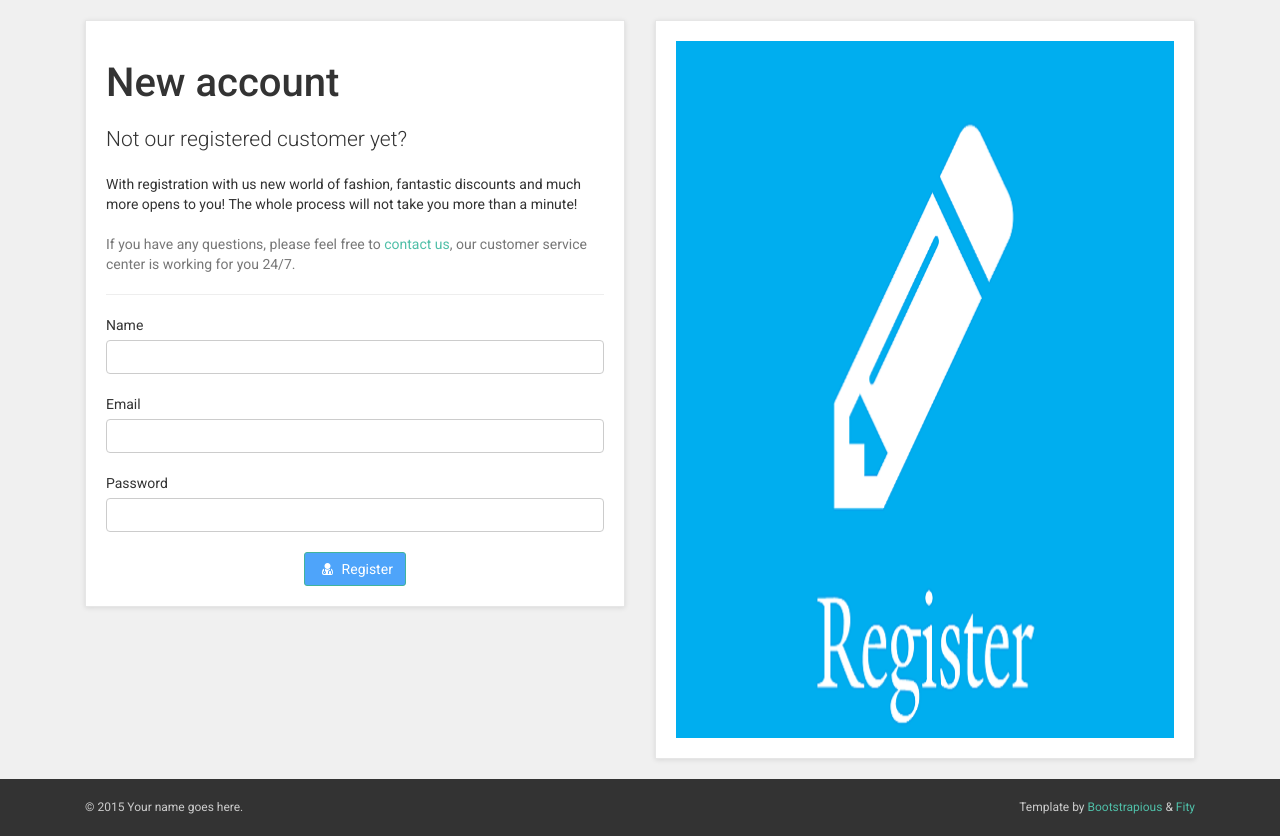
Repository: Sagnikb9/JavaDevops-Ecommerce
Page: http://localhost/MedioxyPharm/register
The author's editor kept a copy of each file at every save. The page is drawn from the files as they stood at one save, then again after the next save.
The browser window is 1280 px wide. The pictures show the whole page.
The page is served by Tomcat 9.

Above is the page before, as saved 2017-10-01 23:35:15.

After the next save:
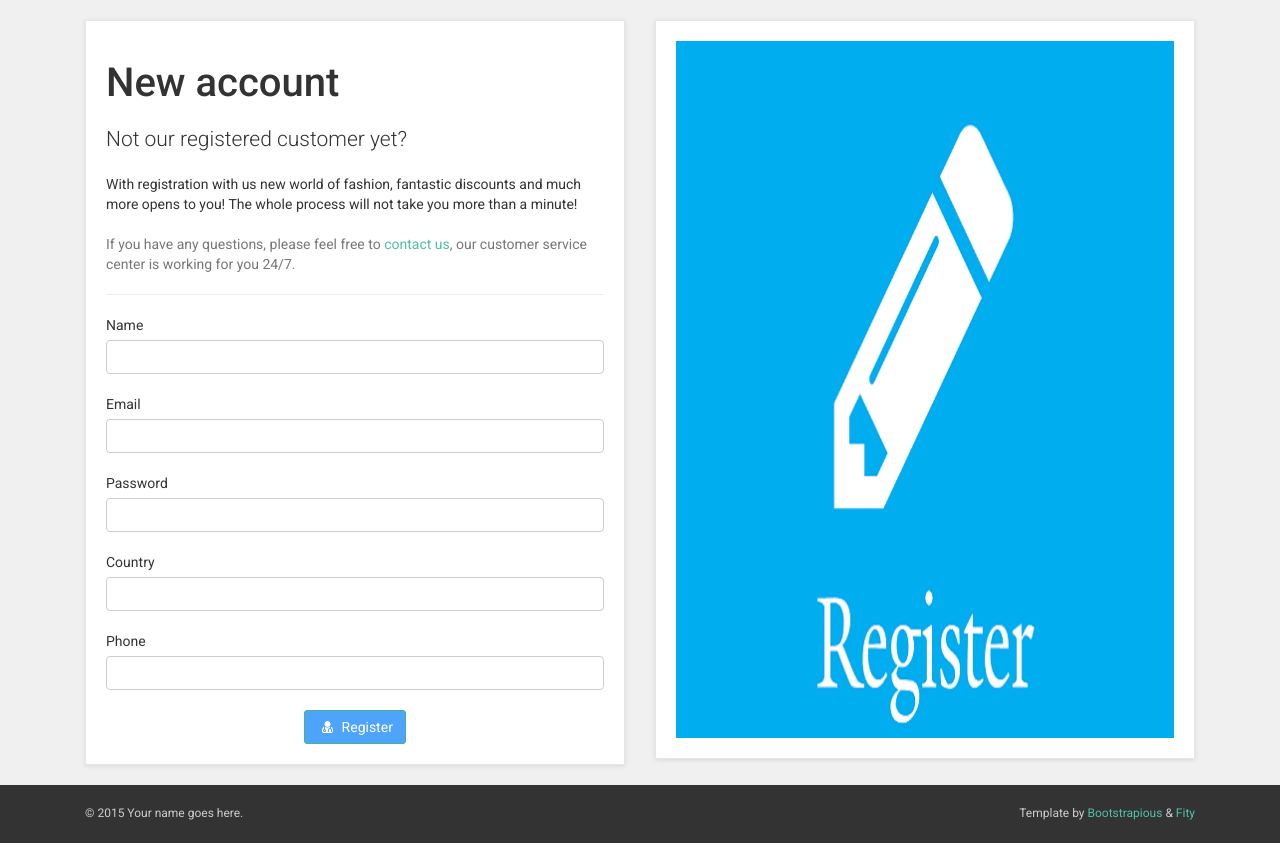
Saved 67 s later.
--- a/MedioxyPharm/src/main/webapp/WEB-INF/views/register.jsp
+++ b/MedioxyPharm/src/main/webapp/WEB-INF/views/register.jsp
@@ -81,6 +81,14 @@
                                 <label for="password">Password</label>
                                 <input type="password" class="form-control" id="password">
                             </div>
+                            <div class="form-group">
+                                <label for="name">Country</label>
+                                <input type="text" class="form-control" id="name">
+                            </div>
+                            <div class="form-group">
+                                <label for="name">Phone</label>
+                                <input type="text" class="form-control" id="name">
+                            </div>
                             <div class="text-center">
                                 <button type="submit" class="btn btn-primary"><i class="fa fa-user-md"></i> Register</button>
                             </div>
